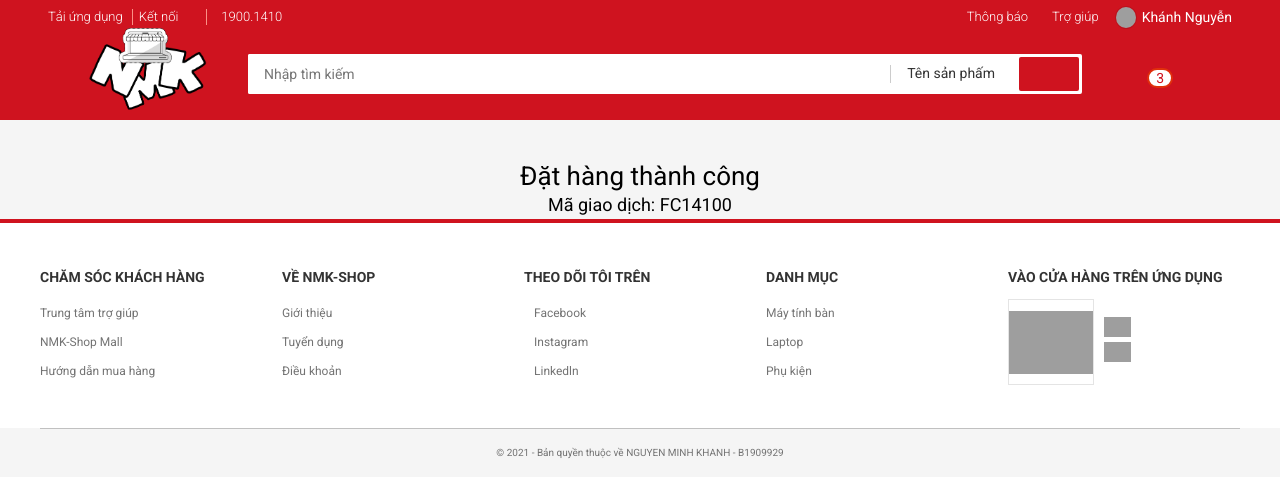
Repository: NguyenMinhKhanhB1909929/NMK-Shop
Page: orderedSuccess.html
These files come from the project's save history. The page is drawn as it stood at one moment and after the next save; the edit follows.
The browser window is 1280 px wide. The pictures show the whole page.
Pictures or frames that could not be fetched are drawn as grey boxes. Some icons come from a web library that is not loaded, so they are not drawn.

Above is the page before, as saved 2021-12-04 15:52:29.
Console error: TypeError: Cannot set properties of null (setting 'onclick')

After the next save:
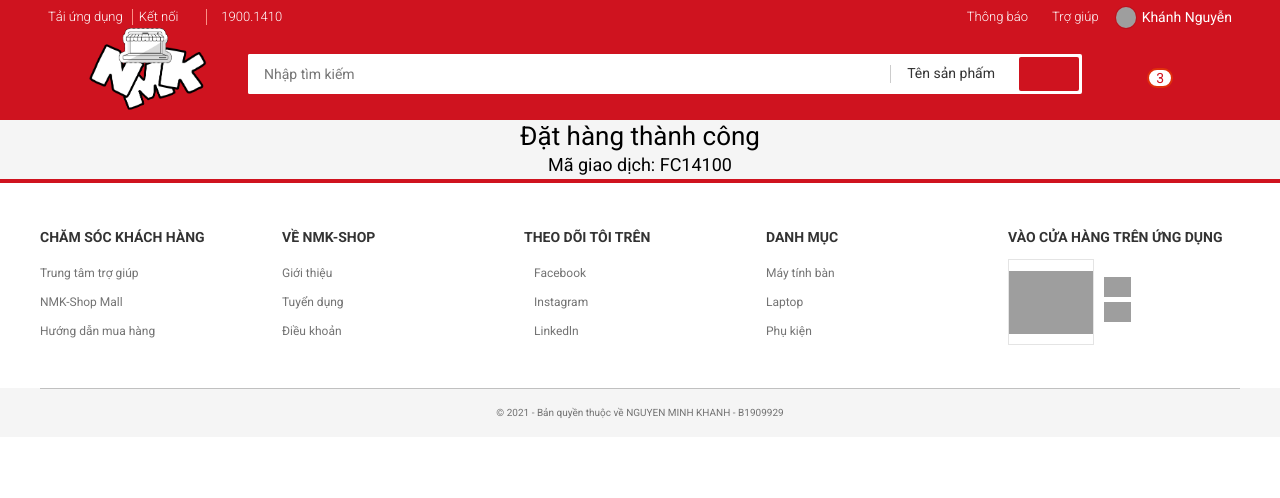
Saved 8 s later.
--- a/assets/css/orderSuccess.css
+++ b/assets/css/orderSuccess.css
@@ -7,7 +7,7 @@
   font-size: 8rem;
   color: #57d17c;
   z-index: 100;
-  margin: 12px;
+  margin: 32px 0 12px;
 }
 .ordered__success-titile {
   font-size: 2.6rem;
